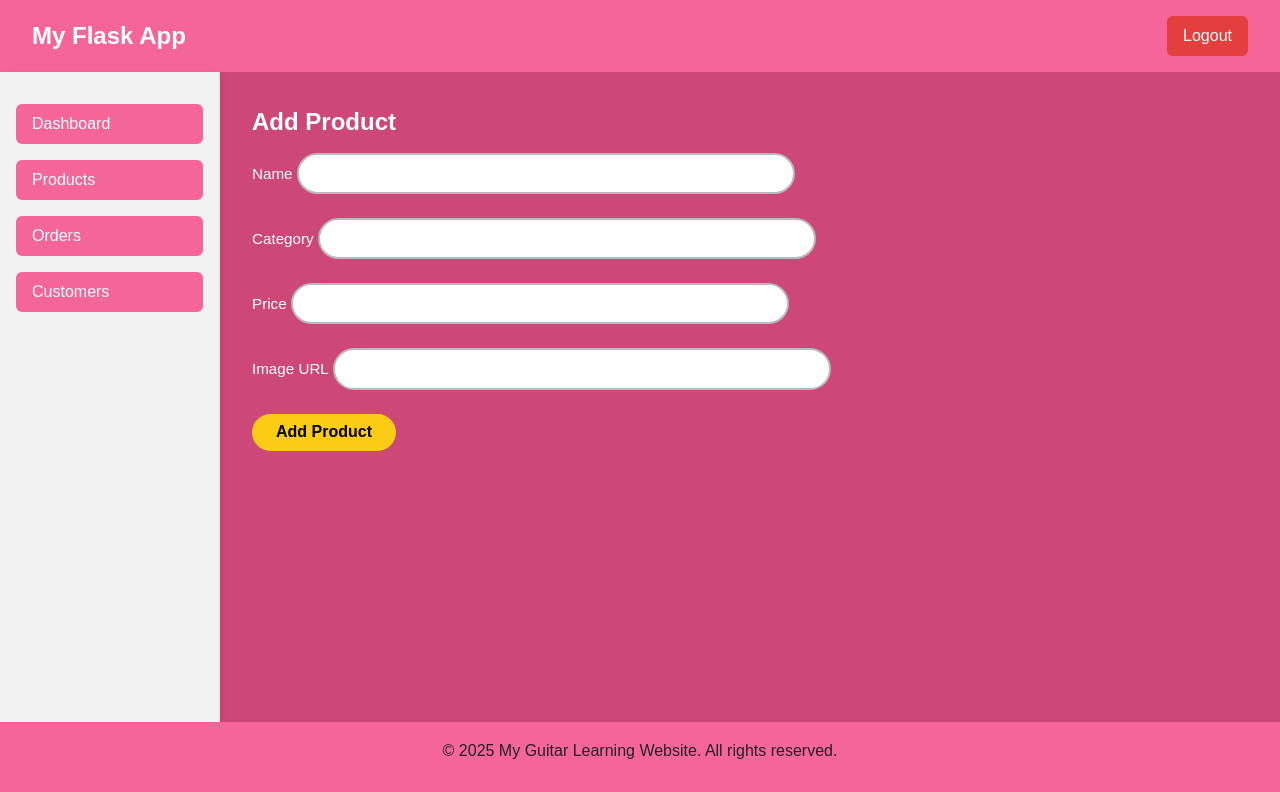
Repository: rywkoo/LearnGuitar
Page: templates/admin/addproduct.html
These files come from the project's save history. The page is drawn as it stood at one moment and after the next save; the edit follows.
The browser window is 1280 px wide. The pictures show the whole page.
The page is served by the project's application, run on Flask 3 (app.py). Other server files are loaded and not shown. The template is opened directly, without the code that normally fills it, so the values that code supplies are empty.

Above is the page before, as saved 2025-08-25 20:01:07.

### templates/admin/addproduct.html
{% extends "admin/admin_master.html" %}

{% block main_content %}


<div  class="container mt-2">
    <h2 style="color: white;">Add Product</h2>
    <form method="POST">
        <div class="mb-3">
            <label style="color: white;">Name</label>
            <input class="input" style="width: 50%;" type="text" name="name" class="form-control" required>
        </div>
    </br>
        <div class="mb-3">
            <label style="color: white;" >Category</label>
            <input class="input" style="width: 50%;" type="text" name="category" class="form-control" required>
        </div>
        </br>
        <div class="mb-3">
            <label style="color: white;" >Price</label>
            <input class="input" style="width: 50%;" type="number" name="price" class="form-control" required>
        </div>
        </br>
        <div class="mb-3">
            <label style="color: white;">Image URL</label>
            <input class="input" style="width: 50%;" type="text" name="image" class="form-control" required>
        </div>
        </br>
        <button class="btn btn-primary" type="submit">Add Product</button>
    </form>
</div>
{% endblock %}

### templates/admin/admin_master.html
<!DOCTYPE html>
<html lang="en">
<head>
  <meta charset="UTF-8">
  <title>{% block title %}My Flask App{% endblock %}</title>
  {% include "css.html" %}
</head>
<body style="margin:0; font-family: sans-serif;">

  <!-- ===== Navbar ===== -->
  <nav style="padding: 1rem 2rem; display: flex; justify-content: space-between; align-items: center; background: #f6659a; color:white;">
    <div class="logo" style="font-weight: 700; font-size: 1.5rem;">My Flask App</div>
    <div class="nav-links" style="display: flex; gap:5px;">
      <a href="/logout" style="padding: 0.5rem 1rem; background: #e53e3e; color:white; border-radius: 6px; text-decoration:none;">Logout</a>
    </div>
  </nav>

  <!-- ===== Layout Wrapper ===== -->
  <div style="display: flex; min-height: calc(100vh - 70px);">

    <!-- ===== Sidebar ===== -->
    <aside style="
      width: 220px;
      background: #f2f2f2;
      padding: 2rem 1rem;
      border-right: 1px solid #ddd;
      box-shadow: 2px 0 6px rgba(0,0,0,0.05);
    ">
      <nav style="display: flex; flex-direction: column; gap: 1rem;">
        <a href="/admin" style="padding: 0.5rem 1rem; border-radius: 6px; background:#f6659a; color:white; text-decoration:none;">Dashboard</a>
        <a href="/admin/products" style="padding: 0.5rem 1rem; border-radius: 6px; background:#f6659a; color:white; text-decoration:none;">Products</a>
        <a href="/admin/orders" style="padding: 0.5rem 1rem; border-radius: 6px; background:#f6659a; color:white; text-decoration:none;">Orders</a>
        <a href="/admin/customers" style="padding: 0.5rem 1rem; border-radius: 6px; background:#f6659a; color:white; text-decoration:none;">Customers</a>
      </nav>
    </aside>

    <!-- ===== Main Content ===== -->
    <main style="flex: 1; padding: 2rem;">
      {% block main_content %}
      <!-- Page content will go here -->
      {% endblock %}
    </main>

  </div>

  <!-- ===== Footer ===== -->
  <footer style="text-align: center; padding: 1rem 1rem; background: #f6659a; color:white; border-top: 1px solid #f6659a;">
    <p>&copy; 2025 My Guitar Learning Website. All rights reserved.</p>
  </footer>

  {% include "script.html" %}

  <script src="https://unpkg.com/vue@3/dist/vue.global.js"></script>
</body>
</html>

### templates/css.html
<!-- css.html -->
<link rel="stylesheet" href="{{ url_for('static', filename='css/btn.css') }}">
<link rel="stylesheet" href="{{ url_for('static', filename='css/card.css') }}">
<link rel="stylesheet" href="{{ url_for('static', filename='css/input.css') }}">
<link rel="stylesheet" href="{{ url_for('static', filename='css/typography.css') }}">
<link rel="stylesheet" href="{{ url_for('static', filename='css/style.css') }}">
<link rel="stylesheet" href="{{ url_for('static', filename='css/animation.css') }}">
<link rel="stylesheet" href="{{ url_for('static', filename='css/lesson.css') }}">
<link rel="stylesheet" href="{{ url_for('static', filename='css/shop.css') }}">

### templates/script.html
<script src="https://cdn.jsdelivr.net/npm/sweetalert2@11"></script>
<script>
  // ===== Background Slider =====
  (function() {
    const bgSlider = document.querySelector('.hero-left .hero-bg-slider');
    if (!bgSlider) return; // Exit if element doesn't exist

    const images = [
      'https://www.uk-anime.net/images/bocchimain.png',
      'https://www.cnet.com/a/img/resize/3b4b3e192a9d75bd060ba4debe8d13a14caef990/hub/2024/07/06/b6981ace-771d-4971-8a9e-60e8c83bc66e/bocchi-the-rock-photo-1.jpg?auto=webp&fit=crop&height=900&width=1200',
      'https://www.uk-anime.net/images/bocchimain.png',
      'https://www.cnet.com/a/img/resize/3b4b3e192a9d75bd060ba4debe8d13a14caef990/hub/2024/07/06/b6981ace-771d-4971-8a9e-60e8c83bc66e/bocchi-the-rock-photo-1.jpg?auto=webp&fit=crop&height=900&width=1200'
    ];

    let current = 0;

    function changeBackground() {
      bgSlider.style.backgroundImage = `url(${images[current]})`;
      current = (current + 1) % images.length;
    }

    changeBackground();
    setInterval(changeBackground, 5000);
  })();
</script>

<script>
  // ===== Quantity Adjust =====
  function adjustQty(delta) {
    const input = document.getElementById('quantityInput');
    if (!input) return; // Exit if element doesn't exist

    let value = parseInt(input.value);
    if (!isNaN(value)) {
      input.value = Math.max(1, value + delta);
    }
  }
</script>

### app.py
from flask import Flask, render_template, request, redirect, url_for, flash, session, jsonify
from flask_mail import Mail, Message
import json
import requests
from datetime import date
from dotenv import load_dotenv
import os
from reportlab.lib.pagesizes import letter
from reportlab.pdfgen import canvas

app = Flask(__name__)
app.secret_key = "741e4fa4-f067-4aec-b48d-deb18e9cca92"

import route

@app.route("/components")
def components():
    return render_template("component.html")

if __name__ == "__main__":
    app.run(debug=True)

### static/css/btn.css
.btn {
  display: inline-block;
  padding: 0.6rem 1.5rem;
  border-radius: 9999px;  /* fully rounded */
  border: none;
  cursor: pointer;
  font-weight: 600;
  text-decoration: none;
  transition: background 0.2s, box-shadow 0.2s;
  font-size: 1rem;

  /* Add shadow */
/* flat shadow downwards */
}

/* Optional: hover effect (slightly stronger shadow) */
.btn:hover {
  box-shadow: 0 3px 0 #45454576;
}

/* Primary: Yellow bg, black text */
.btn-primary {
  background: #facc15;
  color: #000;
}

/* Secondary: Blue bg, white text */
.btn-secondary {
  background: #3b82f6;
  color: #fff;
}

/* Danger: Red bg, white text */
.btn-danger {
  background: #ef4444;
  color: #fff;
}

### static/css/card.css
/* ===== Base Card Component ===== */
.card {
  border-radius: 16px;       /* rounded corners */
  padding: 1.5rem;
  margin-bottom: 1.5rem;
  transition: box-shadow 0.3s, transform 0.2s;
  color: #111;               /* default text color */
  box-shadow: 0 4px 0 #888888; /* default flat shadow */
}

.card:hover {
  transform: translateY(-2px);
  box-shadow: 0 6px 0 #888888; /* slightly longer shadow on hover */
}

/* ===== Card Variants ===== */

/* Primary - Pink */
.card-pink {
  background: #f6659a;       /* light pink */
  box-shadow: 0 4px 0 #d35c7f;
}
.card-pink:hover {
  box-shadow: 0 6px 0 #af4d6b;
}

/* Secondary - Yellow */
.card-yellow {
  background: #facc15;       /* yellow */
  box-shadow: 0 4px 0 #d4a90f;
}
.card-yellow:hover {
  box-shadow: 0 6px 0 #e0b01a;
}

/* Danger/Accent - Blue */
.card-blue {
  background: #3b82f6;       /* blue */
  color: #fff;               /* white text for contrast */
  box-shadow: 0 4px 0 #2563eb;
}
.card-blue:hover {
  box-shadow: 0 6px 0 #1d4ed8;
}

/* Card header */
.card h2 {
  font-size: 1.25rem;
  margin-bottom: 0.8rem;
}

/* Card paragraph/text */
.card p {
  font-size: 1rem;
}

### static/css/input.css
/* ===== Input Fields ===== */
* {
  margin: 0;
  padding: 0;
  box-sizing: border-box; /* ensures padding is included in width */
}


.input {
  width: 100%;
  padding: 0.6rem 1rem;
  border: 2px solid #bababa;   /* gray border matching shadow */
  border-radius: 9999px;       /* fully rounded, like buttons */
  background: #ffffff;         /* very light pink background */
  font-size: 1rem;
  outline: none;
  transition: border-color 0.2s, box-shadow 0.2s;
  color: #111;                 /* dark text */
}

### static/css/typography.css
/* ===== Global Text Settings ===== */
body {
  font-family: 'Segoe UI', Tahoma, Geneva, Verdana, sans-serif;
  color: #111;       /* dark text for readability */
  line-height: 1.5;
  background: #fffafc; /* subtle light background */
}

/* ===== Headings ===== */
h1 {
  font-size: 2rem;
  font-weight: 700;
  margin-bottom: 1rem;
  color: #111;
}

h2 {
  font-size: 1.5rem;
  font-weight: 600;
  margin-bottom: 0.8rem;
  color: #111;
}

h3 {
  font-size: 1.25rem;
  font-weight: 500;
  margin-bottom: 0.6rem;
  color: #111;
}

/* ===== Paragraphs ===== */
p {
  font-size: 1rem;
  margin-bottom: 0.8rem;
  color: #222;  /* slightly lighter than headings */
}

/* ===== Labels ===== */
label {
  font-size: 0.95rem;
  font-weight: 500;
  color: #111;
}

/* ===== Links ===== */
a {
  text-decoration: none;
  transition: color 0.2s;
}

a:hover {
  text-decoration: none;
}

/* ===== Small Text ===== */
small {
  font-size: 0.85rem;
  color: #ffffff;
}

/* ===== Button Text ===== */
.btn {
  font-family: inherit; /* use same font as body */
  font-weight: 600;
  font-size: 1rem;
  text-align: center;
}

### static/css/style.css
body {
    background-color: #cd4778;
}

### static/css/animation.css

/* Animate background position horizontally */
@keyframes slideBg {
  0% { background-position: 0% center; }
  25% { background-position: 100% center; }
  50% { background-position: 200% center; }
  75% { background-position: 300% center; }
  100% { background-position: 400% center; }
}

### static/css/lesson.css
/* ===== Lesson Cards ===== */
.lesson-card {
  display: flex;
  align-items: center;
  gap: 1rem;
  padding: 1rem 1.5rem;
  border-radius: 16px;
  box-shadow: 0 4px 0 #888888; /* flat shadow downward */
  background: #fff;
  transition: transform 0.2s, box-shadow 0.2s;
}

.lesson-card:hover {
  transform: translateY(-3px);
  box-shadow: 0 6px 0 #666666;
}

/* Lesson image on the left */
.lesson-image img {
  width: 100px;
  height: 100px;
  object-fit: cover;
  border-radius: 8px;
}

/* Title in the middle */
.lesson-title {
  flex: 1;
  font-size: 1.2rem;
  color: #111;
}

/* Button on the right */
.lesson-action .btn {
  padding: 0.5rem 1.2rem;
  font-size: 1rem;
}

/* Optional: responsive for small screens */
@media (max-width: 600px) {
  .lesson-card {
    flex-direction: column;
    align-items: flex-start;
  }
  .lesson-action {
    width: 100%;
    margin-top: 0.5rem;
  }
}

### static/css/shop.css
/* ===== Shop Container ===== */
.shop-container {
  display: flex;
  gap: 2rem;
  padding: 2rem;
  max-width: 100vw;    /* use full viewport width */
  margin: 0 auto;      /* center horizontally */
  box-sizing: border-box;
}

/* ===== Shop Sidebar ===== */
.shop-sidebar {
  width: 250px;              /* fixed width */
  flex-shrink: 0;            /* don't shrink */
  background: #f5f5f5;       /* light gray background */
  padding: 1.5rem;
  border-radius: 16px;
  box-shadow: 0 4px 0 #ccc;  /* flat shadow downward */
  display: flex;
  flex-direction: column;
  gap: 1.5rem;
  position: sticky;
  top: 1rem;                 /* stick to top when scrolling */
  height: fit-content;
}

/* Sidebar headings */
.shop-sidebar h3 {
  font-size: 1.1rem;
  font-weight: 600;
  color: #111;
  margin-bottom: 0.5rem;
}

/* Inputs inside sidebar */
.shop-sidebar input[type="text"],
.shop-sidebar input[type="checkbox"] {
  margin-bottom: 0.5rem;
}

/* Checkbox labels */
.shop-sidebar label {
  display: flex;
  align-items: center;
  gap: 0.5rem;
  font-size: 0.9rem;
  color: #111;
  cursor: pointer;
}

/* Filter button */
.shop-sidebar .btn-filter {
  background: #3b82f6;       /* blue button */
  color: #fff;
  padding: 0.6rem 1rem;
  border-radius: 12px;
  font-weight: 600;
  border: none;
  cursor: pointer;
  transition: background 0.2s, box-shadow 0.2s;
}

.shop-sidebar .btn-filter:hover {
  background: #2563eb;
  box-shadow: 0 3px 0 #666;
}

/* ===== Shop Products Grid ===== */
.shop-products {
  display: grid;
  grid-template-columns: repeat(auto-fill, minmax(250px, 1fr));
  gap: 1rem;
  flex: 1; /* take remaining space next to sidebar */
}

/* ===== Shop / Instrument Card ===== */
.shop-card {
  display: flex;
  flex-direction: column;
  align-items: center;
  gap: 0.5rem;
  padding: 1rem;
  border-radius: 16px;
  box-shadow: 0 4px 0 #888888; /* flat shadow downward */
  background: #fff;
  transition: transform 0.2s, box-shadow 0.2s;
}

.shop-card:hover {
  transform: translateY(-3px);
  box-shadow: 0 6px 0 #666666;
}

/* Category badge */
.shop-card .shop-category {
  padding: 0.2rem 0.6rem;
  border-radius: 12px;
  background-color: #facc15; /* yellow badge */
  color: #111;
  font-size: 0.8rem;
  font-weight: 600;
  text-transform: uppercase;
}

/* Instrument image */
.shop-card img {
  width: 100%;
  aspect-ratio: 1 / 1; /* keep square */
  object-fit: cover;
  border-radius: 12px;
}

/* Instrument title */
.shop-card .shop-title {
  font-size: 1.1rem;
  font-weight: 600;
  text-align: center;
  color: #111;
}

/* Price */
.shop-card .shop-price {
  font-size: 1rem;
  font-weight: 500;
  color: #444;
}

/* Add to Cart button */
.shop-card .btn-add {
  padding: 0.5rem 1rem;
  margin-top: 0.5rem;
  width: 100%;
  text-align: center;
  border-radius: 12px;
}

/* ===== Responsive adjustments ===== */
@media (max-width: 900px) {
  .shop-container {
    flex-direction: column;
  }

  .shop-sidebar {
    width: 100%;
    position: relative;
    top: auto;
    box-shadow: none;
    border-radius: 0;
    padding: 1rem 0;
  }

  .shop-products {
    grid-template-columns: repeat(auto-fill, minmax(200px, 1fr));
  }
}

@media (max-width: 600px) {
  .shop-products {
    grid-template-columns: 1fr;
  }
}

After the next save:
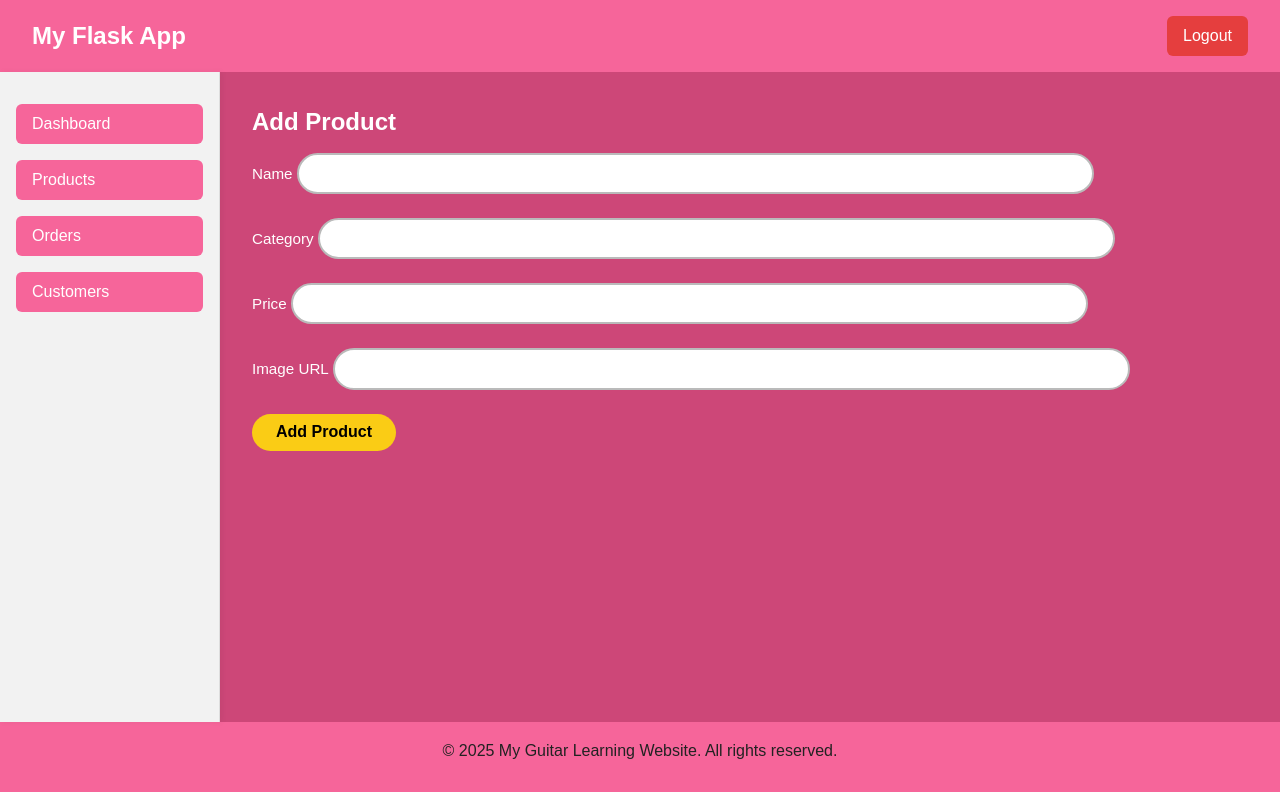
Saved 36 min 4 s later.
--- a/templates/admin/addproduct.html
+++ b/templates/admin/addproduct.html
@@ -8,22 +8,22 @@
     <form method="POST">
         <div class="mb-3">
             <label style="color: white;">Name</label>
-            <input class="input" style="width: 50%;" type="text" name="name" class="form-control" required>
+            <input class="input" style="width: 80%;" type="text" name="name" class="form-control" required>
         </div>
     </br>
         <div class="mb-3">
             <label style="color: white;" >Category</label>
-            <input class="input" style="width: 50%;" type="text" name="category" class="form-control" required>
+            <input class="input" style="width: 80%;" type="text" name="category" class="form-control" required>
         </div>
         </br>
         <div class="mb-3">
             <label style="color: white;" >Price</label>
-            <input class="input" style="width: 50%;" type="number" name="price" class="form-control" required>
+            <input class="input" style="width: 80%;" type="number" name="price" class="form-control" required>
         </div>
         </br>
         <div class="mb-3">
             <label style="color: white;">Image URL</label>
-            <input class="input" style="width: 50%;" type="text" name="image" class="form-control" required>
+            <input class="input" style="width: 80%;" type="text" name="image" class="form-control" required>
         </div>
         </br>
         <button class="btn btn-primary" type="submit">Add Product</button>

After the save that followed:
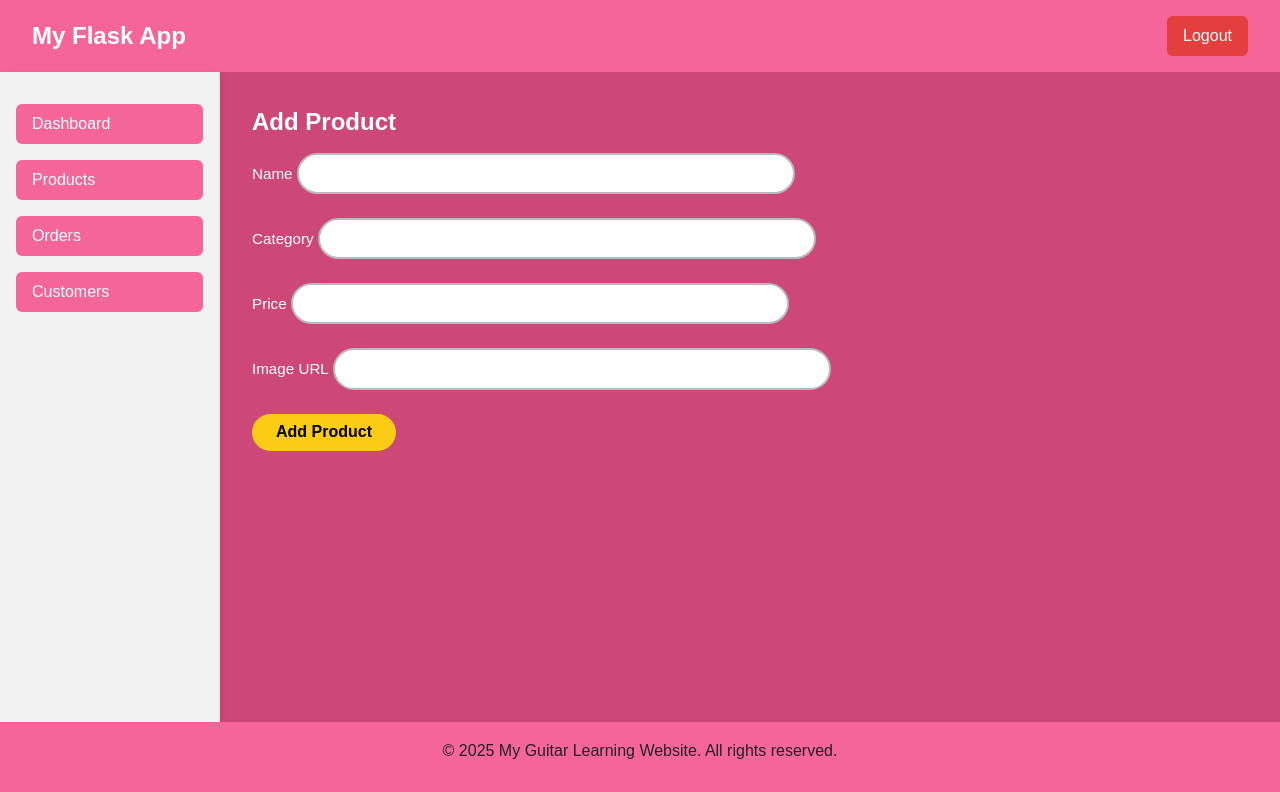
Saved 5 s later.
--- a/templates/admin/addproduct.html
+++ b/templates/admin/addproduct.html
@@ -8,22 +8,22 @@
     <form method="POST">
         <div class="mb-3">
             <label style="color: white;">Name</label>
-            <input class="input" style="width: 80%;" type="text" name="name" class="form-control" required>
+            <input class="input" style="width: 50%;" type="text" name="name" class="form-control" required>
         </div>
     </br>
         <div class="mb-3">
             <label style="color: white;" >Category</label>
-            <input class="input" style="width: 80%;" type="text" name="category" class="form-control" required>
+            <input class="input" style="width: 50%;" type="text" name="category" class="form-control" required>
         </div>
         </br>
         <div class="mb-3">
             <label style="color: white;" >Price</label>
-            <input class="input" style="width: 80%;" type="number" name="price" class="form-control" required>
+            <input class="input" style="width: 50%;" type="number" name="price" class="form-control" required>
         </div>
         </br>
         <div class="mb-3">
             <label style="color: white;">Image URL</label>
-            <input class="input" style="width: 80%;" type="text" name="image" class="form-control" required>
+            <input class="input" style="width: 50%;" type="text" name="image" class="form-control" required>
         </div>
         </br>
         <button class="btn btn-primary" type="submit">Add Product</button>
